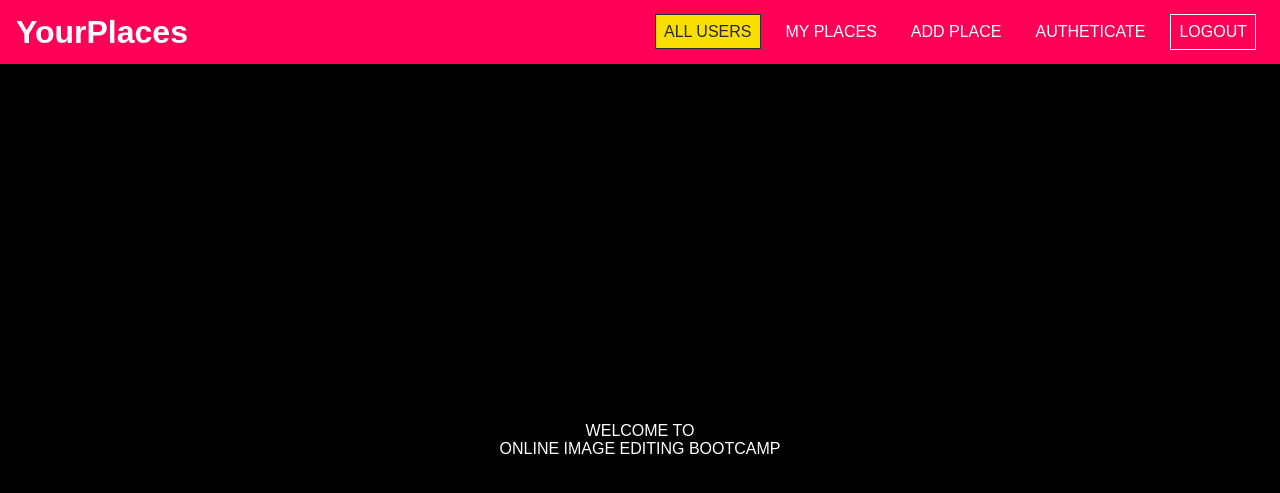
Repository: TanviSanyal/ImageEditingBootcamp
Page: /
An editor plug-in stored every save of this project. The page is shown before and after the next save, followed by the edit.
The browser window is 1280 px wide. The pictures show the whole page.
The project was rebuilt for these pictures with package versions that can differ from the ones it lists, and the page was loaded fresh each time. Also part of the build but not shown: src/shared/components/navigation/SideDrawer.css, src/shared/components/UIElements/Backdrop.css, src/shared/components/UIElements/Backdrop.js.

Above is the page before, as saved 2020-09-26 22:47:33.

After the next save:
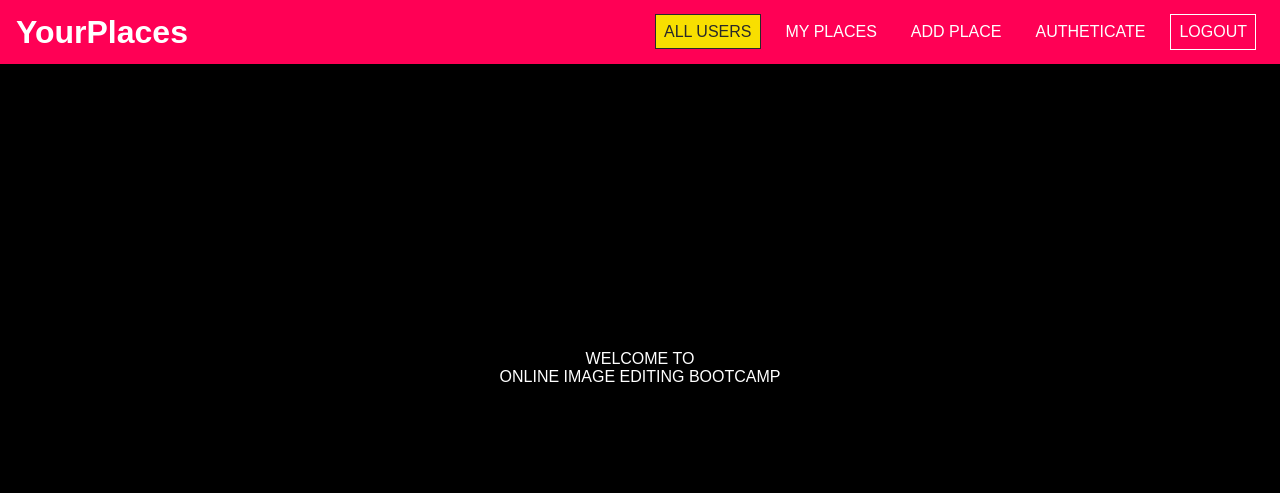
Saved 11 s later.
--- a/src/App.css
+++ b/src/App.css
@@ -6,7 +6,7 @@
 .main-body{
   text-align: center;
   position: absolute;
-  top: 50%;
+  top: 40%;
   left:50%;
   transform: translate(-50%,-50%);
 }
